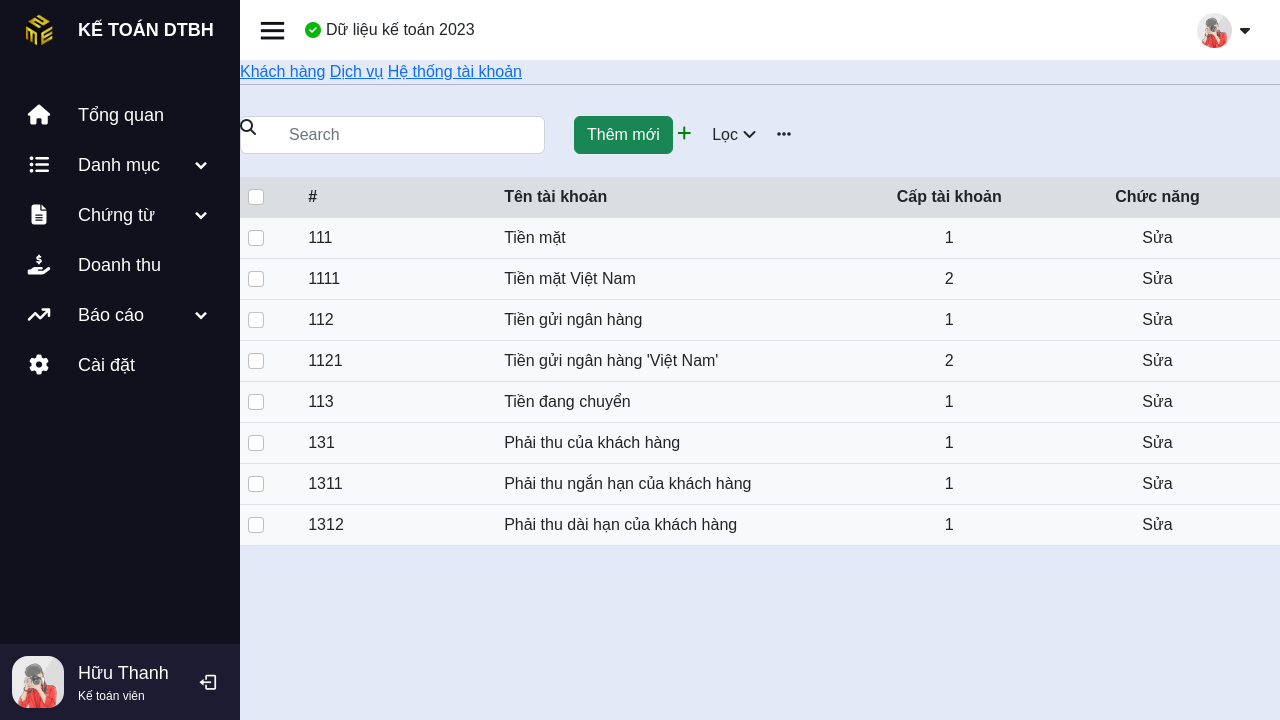
Repository: huuthanhdev/PhanMemKeToan
Page: pages/account.html
These files come from the project's save history. The page is drawn as it stood at one moment and after a run of saves; the edit follows.
The browser window is 1280 px wide. The pictures show the whole page.
Some web fonts or font styles are not loaded; a fallback is used. Some web libraries are served in a nearby version.

Above is the page before, as saved 2023-03-24 17:14:44.

### pages/account.html
<!DOCTYPE html>
  <!-- Coding by CodingLab | www.codinglabweb.com -->
<html lang="en">
<head>
    <meta charset="UTF-8">
    <meta http-equiv="X-UA-Compatible" content="IE=edge">
    <meta name="viewport" content="width=device-width, initial-scale=1.0">
    <link rel="icon" type="png" href="/assets/img/logo 2me.png"/>
    <title>2MILLION</title>
    <!----======== CSS ======== -->
    <link rel="stylesheet" href="/assets/css/style.css">
    <!----===== Boxicons CSS ===== -->
    <link href='https://unpkg.com/boxicons@2.1.1/css/boxicons.min.css' rel='stylesheet'>
    <link rel="stylesheet" href="https://cdnjs.cloudflare.com/ajax/libs/font-awesome/6.1.2/css/all.min.css" integrity="sha512-1sCRPdkRXhBV2PBLUdRb4tMg1w2YPf37qatUFeS7zlBy7jJI8Lf4VHwWfZZfpXtYSLy85pkm9GaYVYMfw5BC1A==" crossorigin="anonymous" referrerpolicy="no-referrer" />
    <!-- bootstrap 5 -->
    <link href="https://cdn.jsdelivr.net/npm/bootstrap@5.2.1/dist/css/bootstrap.min.css" rel="stylesheet"
    integrity="sha384-iYQeCzEYFbKjA/T2uDLTpkwGzCiq6soy8tYaI1GyVh/UjpbCx/TYkiZhlZB6+fzT" crossorigin="anonymous">

</head>
<body>
    <div class="sidebar">
        <div class="logo-details">
          <!-- <i class='bx bxl-c-plus-plus'></i> -->
          <img src="../assets/img/logo 2me.png" alt="" class="logo-img">
          <span class="logo_name">KẾ TOÁN DTBH</span>
        </div>
        <ul class="nav-links">
          <li>
            <a href="../pages/overview.html">
              <i class='fa-solid fa-house'></i>
              <span class="link_name">Tổng quan</span>
            </a>
            <ul class="sub-menu blank">
              <li><a class="link_name" href="../pages/overview.html">Tổng quan</a></li>
            </ul>
          </li>
          <li class="nav-item active">
            <div class="icon-link">
              <a href="../pages/customer.html">
                <i class='fa-solid fa-list-ul' ></i>
                <span class="link_name">Danh mục</span>
              </a>
              <i class='bx bxs-chevron-down arrow' ></i>
            </div>
            <ul class="sub-menu">
              <li><a class="link_name" href="#">Danh mục</a></li>
              <li><a href="../pages/customer.html">Khách hàng</a></li>
              <li><a href="../pages/service.html">Dịch vụ</a></li>
              <li><a href="../pages/account.html">Tài khoản</a></li>
            </ul>
          </li>

          <li class="nav-item">
            <div class="icon-link">
              <a href="#">
                <i class='fa-solid fa-file-lines' ></i>
                <span class="link_name">Chứng từ</span>
              </a>
              <i class='bx bxs-chevron-down arrow' ></i>
            </div>
            <ul class="sub-menu">
              <li><a class="link_name" href="#">Chứng từ</a></li>
              <li><a href="#">Hóa đơn GTGT</a></li>
              <li><a href="#">Phiếu giảm giá HB</a></li>
            </ul>
          </li>
          <li class="nav-item">
            <a href="#">
              <i class='fa-solid fa-hand-holding-dollar' ></i>
              <span class="link_name">Doanh thu</span>
            </a>
            <ul class="sub-menu blank">
              <li><a class="link_name" href="#">Doanh thu</a></li>
            </ul>
          </li>

          <li class="nav-item">
            <div class="icon-link">
              <a href="#">
                <i class='fa-solid fa-arrow-trend-up' ></i>
                <span class="link_name">Báo cáo</span>
              </a>
              <i class='bx bxs-chevron-down arrow' ></i>
            </div>
            <ul class="sub-menu">
              <li><a class="link_name" href="#">Báo cáo</a></li>
              <li><a href="#">Doanh thu theo KH</a></li>
              <li><a href="#">Doanh thu theo DV</a></li>
              <li><a href="#">Tổng hợp Doanh thu</a></li>
              <li><a href="#">Giảm trừ Doanh thu</a></li>
            </ul>
          </li>

          <li class="nav-item">
            <a href="#">
              <i class='fa-solid fa-gear' ></i>
              <span class="link_name">Cài đặt</span>
            </a>
            <ul class="sub-menu blank">
              <li><a class="link_name" href="#">Cài đặt</a></li>
            </ul>
          </li>
          <li>
        <div class="profile-details">
          <div class="profile-content">
            <img src="../assets/img/client2.png" alt="profileImg">
          </div>
          <div class="name-job">
            <div class="profile_name">Hữu Thanh</div>
            <div class="job">Kế toán viên</div>
          </div>
          <i class='bx bx-log-out' ></i>
        </div>
      </li>
    </ul>
      </div>
    <section class="home-section">
      <div class="home-nav">
          <i class='bx bx-menu' ></i>
          <div class="home-text">
              <i class="fa-solid fa-circle-check home-icon"></i>
              <span>Dữ liệu kế toán 2023</span>
          </div>

          <div class="home-info">
              <img src="../assets/img/client2.png" alt="avatar" class="home-avatar">
              <i class="fa-solid fa-caret-down"class="home-icon"></i>
          </div>
      </div>
      <!-- content -->
      <div class="home-content">
        <div class="home-tab">
          <a class="tab-item" href="/pages/customer.html">Khách hàng</a>
          <a class="tab-item" href="/pages/service.html">Dịch vụ</a>
          <a class="tab-item active" href="/pages/account.html">Hệ thống tài khoản</a>
        </div>
        <hr class="mt-0 mb-4">
        <!-- table -->
        <div class="container-fluid mt-0 px-0">
          <div class="mb-3 d-flex justify-content-start align-items-center">
              <div class="position-relative">
                  <span class="position-absolute search"><i class="fa fa-search"></i></span>
                  <input class="form-control w-100 px-5 m-0" placeholder="Search">
              </div>
              <div class="btn">
                <button type="button" class="btn btn-success ms-3">Thêm mới</button>
                <i class="fa-solid fa-plus" style="color: green"></i>
              </div>
              <div class="filter px-2">
                  <span>Lọc <i class="fa fa-angle-down"></i></span>
                  <i class="fa fa-ellipsis-h ms-3"></i>
              </div>
          </div>
          <table class="table table-responsive table-hover bg-light">
            <thead>
              <tr style="background-color: #dadee2">
                <th scope="col" width="2%"><input class="form-check-input" type="checkbox"></th>
                <th scope="col" width="8%">#</th>
                <th scope="col" width="15%">Tên tài khoản</th>
                <th scope="col" width="7%" class="text-center">Cấp tài khoản</th>
                <th scope="col" width="10%" class="text-center">Chức năng</th>
              </tr>
            </thead>
            <tbody>
              <tr>
                <th scope="row"><input class="form-check-input" type="checkbox"></th>
                <td>111</td>
                <td>Tiền mặt</td>
                <td class="text-center">1</td>
                <td class="text-center">Sửa</td>
              </tr>

              <tr>
                <th scope="row"><input class="form-check-input" type="checkbox"></th>
                <td>1111</td>
                <td>Tiền mặt Việt Nam</td>
                <td class="text-center">2</td>
                <td class="text-center">Sửa</td>
              </tr>

              <tr>
                <th scope="row"><input class="form-check-input" type="checkbox"></th>
                <td>112</td>
                <td>Tiền gửi ngân hàng</td>
                <td class="text-center">1</td>
                <td class="text-center">Sửa</td>
              </tr>

              <tr>
                <th scope="row"><input class="form-check-input" type="checkbox"></th>
                <td>1121</td>
                <td>Tiền gửi ngân hàng 'Việt Nam'</td>
                <td class="text-center">2</td>
                <td class="text-center">Sửa</td>
              </tr>

              <tr>
                <th scope="row"><input class="form-check-input" type="checkbox"></th>
                <td>113</td>
                <td>Tiền đang chuyển</td>
                <td class="text-center">1</td>
                <td class="text-center">Sửa</td>
              </tr>
              <tr>
                <th scope="row"><input class="form-check-input" type="checkbox"></th>
                <td>131</td>
                <td>Phải thu của khách hàng</td>
                <td class="text-center">1</td>
                <td class="text-center">Sửa</td>
              </tr>
              <tr>
                <th scope="row"><input class="form-check-input" type="checkbox"></th>
                <td>1311</td>
                <td>Phải thu ngắn hạn của khách hàng</td>
                <td class="text-center">1</td>
                <td class="text-center">Sửa</td>
              </tr>
            </tbody>
              <tr>
                <th scope="row"><input class="form-check-input" type="checkbox"></th>
                <td>1312</td>
                <td>Phải thu dài hạn của khách hàng</td>
                <td class="text-center">1</td>
                <td class="text-center">Sửa</td>
              </tr>
            </tbody>
          </table>
          </div>
        </div>
      </div>
    </section>

    <script src="/app.js"></script>

</body>
</html>

### assets/css/style.css
/* Google Fonts Import Link */
@import url("https://fonts.googleapis.com/css2?family=Quicksand:wght@300;400;500;600&display=swap");
* {
  margin: 0;
  padding: 0;
  box-sizing: border-box;
  font-family: "Quicksand", sans-serif;
}
.sidebar{
  position: fixed;
  top: 0;
  left: 0;
  height: 100%;
  width: 240px;
  background: #11101d;
  z-index: 100;
  transition: all 0.5s ease;
}
.sidebar.close{
  width: 78px;
}
.sidebar .logo-details{
  height: 60px;
  width: 100%;
  display: flex;
  align-items: center;
}
.sidebar .logo-details i{
  font-size: 30px;
  color: #fff;
  height: 50px;
  min-width: 78px;
  text-align: center;
  line-height: 50px;
}
/*add logo  */
.sidebar .logo-details img{
  height: 40px;
  min-width: 78px;
  object-fit: contain;
  border-radius: 16px;
  transition: all 0.5s ease;
}

.sidebar .logo-details .logo_name{
  font-size: 18px;
  color: #fff;
  font-weight: 600;
  transition: 0.3s ease;
  transition-delay: 0.1s;
  position: relative;
}
.sidebar.close .logo-details .logo_name{
  transition-delay: 0s;
  opacity: 0;
  pointer-events: none;
}
.sidebar .nav-links{
  height: 100%;
  padding: 30px 0 150px 0;
  overflow: auto;
}
.sidebar.close .nav-links{
  overflow: visible;
}
.sidebar .nav-links::-webkit-scrollbar{
  display: none;
}
.sidebar .nav-links li{
  position: relative;
  list-style: none;
  transition: all 0.4s ease;
}
.sidebar .nav-links li:hover{
  background: #1d1b31;
}
.sidebar .nav-links li .icon-link{
  display: flex;
  align-items: center;
  justify-content: space-between;
}
.sidebar.close .nav-links li .icon-link{
  display: block
}
.sidebar .nav-links li i{
  height: 50px;
  min-width: 78px;
  text-align: center;
  line-height: 50px;
  color: #fff;
  font-size: 20px;
  cursor: pointer;
  transition: all 0.3s ease;
}
.sidebar .nav-links li.showMenu i.arrow{
  transform: rotate(-180deg);
}
.sidebar.close .nav-links i.arrow{
  display: none;
}
.sidebar .nav-links li a{
  display: flex;
  align-items: center;
  text-decoration: none;
}
.sidebar .nav-links li a .link_name{
  font-size: 18px;
  font-weight: 400;
  color: #fff;
  transition: all 0.4s ease;
}
.sidebar.close .nav-links li a .link_name{
  opacity: 0;
  pointer-events: none;
}
.sidebar .nav-links li .sub-menu{
  padding: 6px 6px 14px 80px;
  margin-top: -10px;
  background: #1d1b31;
  display: none;
}
.sidebar .nav-links li.showMenu .sub-menu{
  display: block;
}
.sidebar .nav-links li .sub-menu a{
  color: #fff;
  font-size: 15px;
  padding: 5px 0;
  white-space: nowrap;
  opacity: 0.6;
  transition: all 0.3s ease;
}
.sidebar .nav-links li .sub-menu a:hover{
  opacity: 1;
}
.sidebar.close .nav-links li .sub-menu{
  position: absolute;
  left: 100%;
  top: -10px;
  margin-top: 0;
  padding: 10px 20px;
  border-radius: 0 6px 6px 0;
  opacity: 0;
  display: block;
  pointer-events: none;
  transition: 0s;
}
.sidebar.close .nav-links li:hover .sub-menu{
  top: 0;
  opacity: 1;
  pointer-events: auto;
  transition: all 0.4s ease;
}
.sidebar .nav-links li .sub-menu .link_name{
  display: none;
}
.sidebar.close .nav-links li .sub-menu .link_name{
  font-size: 18px;
  opacity: 1;
  display: block;
}
.sidebar .nav-links li .sub-menu.blank{
  opacity: 1;
  pointer-events: auto;
  padding: 3px 20px 6px 16px;
  opacity: 0;
  pointer-events: none;
}
.sidebar .nav-links li:hover .sub-menu.blank{
  top: 50%;
  transform: translateY(-50%);
}
.sidebar .profile-details{
  position: fixed;
  bottom: 0;
  width: 240px;
  display: flex;
  align-items: center;
  justify-content: space-between;
  background: #1d1b31;
  padding: 12px 0;
  transition: all 0.5s ease;
}
.sidebar.close .profile-details{
  background: none;
}
.sidebar.close .profile-details{
  width: 78px;
}
.sidebar .profile-details .profile-content{
  display: flex;
  align-items: center;
  cursor: pointer;
}
.sidebar .profile-details img{
  height: 52px;
  width: 52px;
  object-fit: cover;
  border-radius: 16px;
  margin: 0 14px 0 12px;
  background: #1d1b31;
  transition: all 0.5s ease;
}
.sidebar.close .profile-details img{
  padding: 10px;
}
.sidebar .profile-details .profile_name,
.sidebar .profile-details .job{
  color: #fff;
  font-size: 18px;
  font-weight: 500;
  white-space: nowrap;
}
/* thêm nowrap */
.sidebar .nav-links .link_name,
.sidebar .logo-details .logo_name{
  white-space: nowrap;
}
/*  */
.sidebar.close .profile-details i,
.sidebar.close .profile-details .profile_name,
.sidebar.close .profile-details .job{
  display: none;
}
.sidebar .profile-details .job{
  font-size: 12px;
}
.home-section{
  position: relative;
  background: #E4E9F7;
  height: 100vh;
  left: 240px;
  width: calc(100% - 240px);
  transition: all 0.5s ease;
}
.sidebar.close ~ .home-section{
  left: 78px;
  width: calc(100% - 78px);
}
.home-section .home-nav{
  height: 60px;
  display: flex;
  align-items: center;
}
.home-section .home-nav .bx-menu,
.home-section .home-nav .text{
  color: #11101d;
  font-size: 35px;
}
.home-section .home-nav .bx-menu{
  margin: 0 15px;
  cursor: pointer;
}
.home-section .home-nav .text{
  font-size: 26px;
  font-weight: 600;
}
@media (max-width: 400px) {
  .sidebar.close .nav-links li .sub-menu{
    display: none;
  }
  .sidebar{
    width: 78px;
  }
  .sidebar.close{
    width: 0;
  }
  .home-section{
    left: 78px;
    width: calc(100% - 78px);
    z-index: 100;
  }
  .sidebar.close ~ .home-section{
    width: 100%;
    left: 0;
  }
}
/* nav fixed */
.home {
  position: fixed;
}
.home-nav {
  display: flex;
  justify-content: flex-start;
  margin-top: auto;
  width: 100%;
  height: 60px;
  background-color: white;
}
.home-info, .home-text {
  display: flex;
  align-items: center;
  justify-content: space-between;
}
.home-icon {
  color: #11101d;
}
.home-text .home-icon {
  color: rgb(12, 181, 12);
  padding-right: 5px;
}
.home-avatar {
  width: 35px;
  height: 35px;
  border-radius: 50%;
  object-fit: cover;
  margin-right: 8px;
}
.home-info{
  margin-left: auto;
  padding-right: 30px;
  cursor: pointer;
}

### app.js
let arrow = document.querySelectorAll(".arrow");
  for (var i = 0; i < arrow.length; i++) {
    arrow[i].addEventListener("click", (e)=>{
   let arrowParent = e.target.parentElement.parentElement;//selecting main parent of arrow
   arrowParent.classList.toggle("showMenu");
    });
  }
  let sidebar = document.querySelector(".sidebar");
  let sidebarBtn = document.querySelector(".bx-menu");
  console.log(sidebarBtn);
  sidebarBtn.addEventListener("click", ()=>{
    sidebar.classList.toggle("close");
  });

After the next 2 saves:
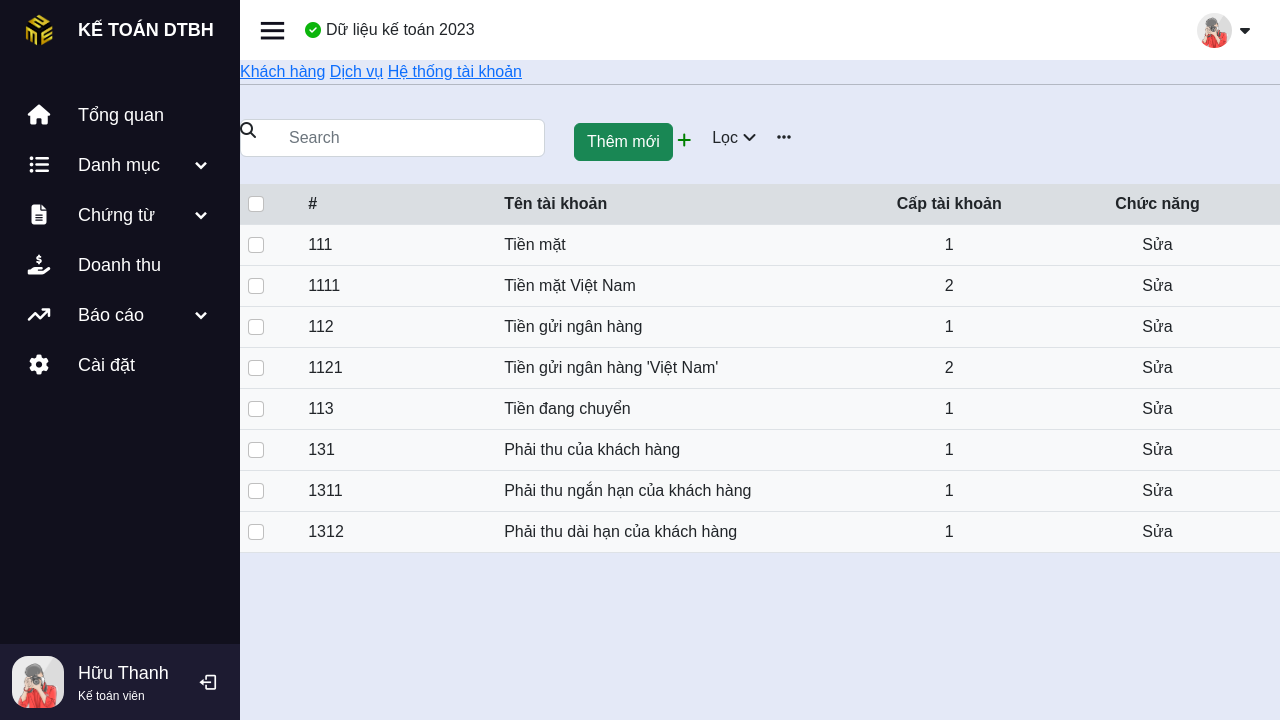
The 2 saves are shown as one change because they came seconds apart.
The last was saved 55 s later.
--- a/pages/account.html
+++ b/pages/account.html
@@ -144,7 +144,7 @@
               </div>
               <div class="btn">
                 <button type="button" class="btn btn-success ms-3">Thêm mới</button>
-                <i class="fa-solid fa-plus" style="color: green"></i>
+                <i class="fa-solid fa-plus mt-3" style="color: green"></i>
               </div>
               <div class="filter px-2">
                   <span>Lọc <i class="fa fa-angle-down"></i></span>
